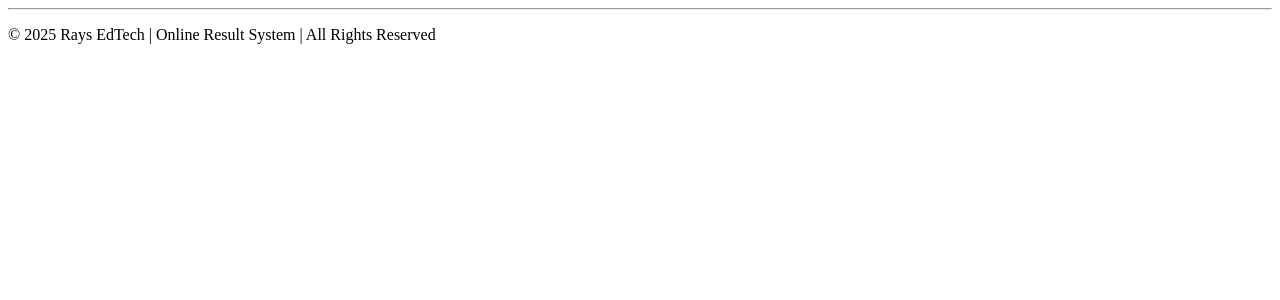
Repository: meet542/AdvanceJava
Page: http://localhost/Web-Project/Footer.jsp
The author's editor kept a copy of each file at every save. The page is drawn from the files as they stood at one save, then again after a run of saves.
The browser window is 1280 px wide. The pictures show the whole page.
The page is served by Tomcat 9.

Above is the page before, as saved 2026-08-22 07:04:17.

After the next 3 saves:
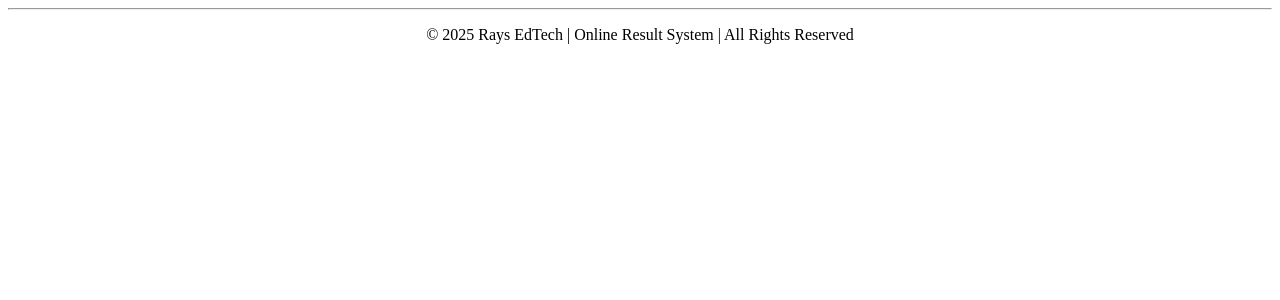
The 3 saves are shown as one change because they came seconds apart.
The last was saved 14 s later.
--- a/jspServlet-Workspace/Web-Project/src/main/webapp/Footer.jsp
+++ b/jspServlet-Workspace/Web-Project/src/main/webapp/Footer.jsp
@@ -1,5 +1,5 @@
 <%@ page language="java" contentType="text/html; charset=UTF-8"
-    pageEncoding="UTF-8"%>
+	pageEncoding="UTF-8"%>
 <!DOCTYPE html>
 <html>
 <head>
@@ -8,11 +8,13 @@
 </head>
 <body>
 
-<hr>
-<div align = "center"></div>
-<Footer>
-	<p>© 2025 Rays EdTech  |  Online Result System  |  All Rights Reserved</p>
-</Footer>
+	<hr>
+	<div align="center">
+		<Footer>
+			<p>© 2025 Rays EdTech | Online Result System | All Rights
+				Reserved</p>
+		</Footer>
+	</div>
 
 </body>
 </html>
